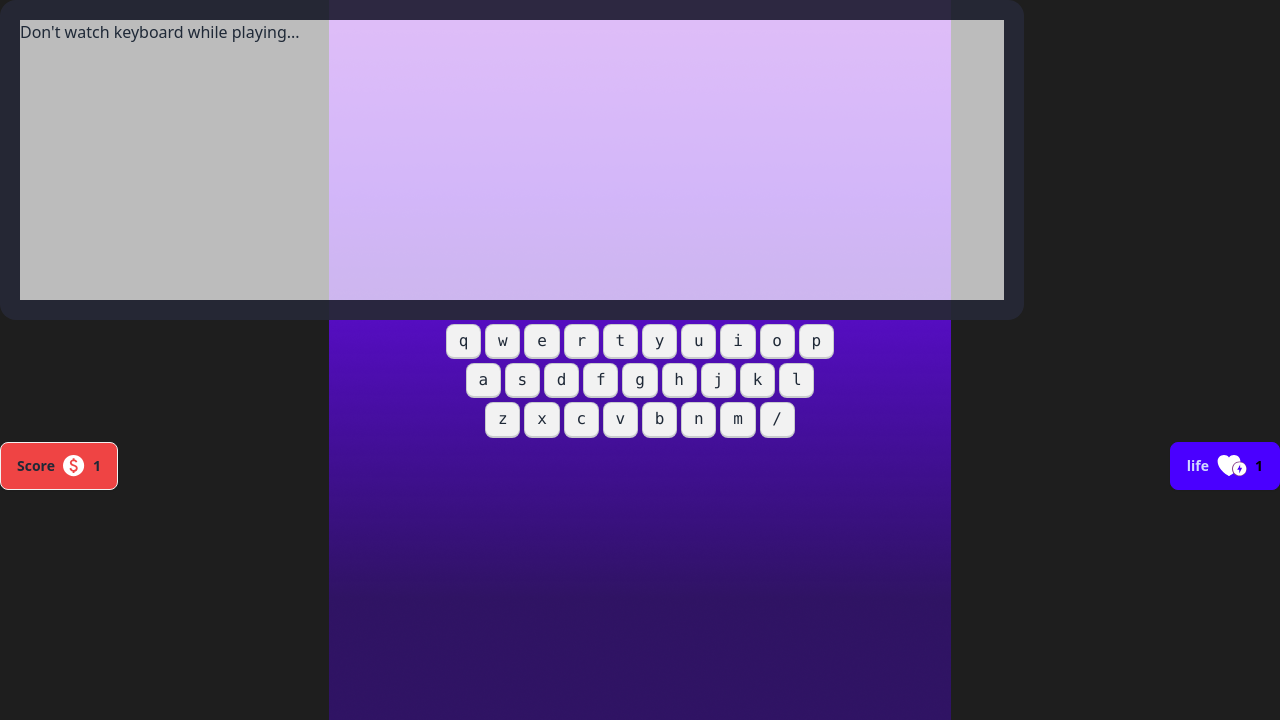
Repository: RudrasahaDibos/Alphabet-clash-
Page: index.html
An editor plug-in stored every save of this project. The page is shown before and after a run of saves, followed by the edit.
The browser window is 1280 px wide. The pictures show the whole page.
Some web fonts or font styles are not loaded; a fallback is used. Some web libraries are served in a nearby version.

Above is the page before, as saved 2024-11-04 12:23:30.

### index.html
<!DOCTYPE html>
<html lang="en">
    <head>
        <meta charset="UTF-8">
        <meta name="viewport" content="width=device-width, initial-scale=1.0">
        <title>Alphabet Clash</title>
        <!-- daisy apa -->
        <link
            href="https://cdn.jsdelivr.net/npm/daisyui@4.12.14/dist/full.min.css"
            rel="stylesheet" type="text/css" />
        <script src="https://cdn.tailwindcss.com"></script>

        <!-- custom css  -->
        <link rel="stylesheet" href="style.css">

    </head>
    <body>
        <main
            class="bg-[#1E1E1E] min-h-screen bg-[url(images/background.png)] bg-no-repeat bg-center ">
            <!-- home screen  start here -->
            <section class="min-h-screen flex justify-center items-center hidden">
                <div class="flex flex-col justify-center items-center gap-10 ">
                    <h1
                        class="text-white text-8xl font-extrabold anton-sc-regular uppercase ">ALPHABET
                        CLASH</h1>
                    <p class="text-white ">Unleash Your Keyboard Kung Fu : Press
                        “Enter” to Play</p>
                    <button class="btn bg-white text-black">Play Now </button>
                </div>
            </section>
            <!-- home screen end here -->
            <!-- midlle screen start here -->
            <section>
                    <!-- display screen start here -->
                    <div class="artboard artboard-horizontal phone-6 border-[20px] border-[#010313CC] bg-[#FFFFFFB3] rounded-2xl">
                          <div>
                            <p class="">Don't watch keyboard  while playing...</p>
                          </div>
                    </div>
                     <!-- dispaly screen end here -->

                     <!-- keyboard start here  -->
                               <div>
                                <div class="my-1 flex w-full justify-center gap-1">
                                    <kbd class="kbd">q</kbd>
                                    <kbd class="kbd">w</kbd>
                                    <kbd class="kbd">e</kbd>
                                    <kbd class="kbd">r</kbd>
                                    <kbd class="kbd">t</kbd>
                                    <kbd class="kbd">y</kbd>
                                    <kbd class="kbd">u</kbd>
                                    <kbd class="kbd">i</kbd>
                                    <kbd class="kbd">o</kbd>
                                    <kbd class="kbd">p</kbd>
                                  </div>
                                  <div class="my-1 flex w-full justify-center gap-1">
                                    <kbd class="kbd">a</kbd>
                                    <kbd class="kbd">s</kbd>
                                    <kbd class="kbd">d</kbd>
                                    <kbd class="kbd">f</kbd>
                                    <kbd class="kbd">g</kbd>
                                    <kbd class="kbd">h</kbd>
                                    <kbd class="kbd">j</kbd>
                                    <kbd class="kbd">k</kbd>
                                    <kbd class="kbd">l</kbd>
                                  </div>
                                  <div class="my-1 flex w-full justify-center gap-1">
                                    <kbd class="kbd">z</kbd>
                                    <kbd class="kbd">x</kbd>
                                    <kbd class="kbd">c</kbd>
                                    <kbd class="kbd">v</kbd>
                                    <kbd class="kbd">b</kbd>
                                    <kbd class="kbd">n</kbd>
                                    <kbd class="kbd">m</kbd>
                                    <kbd class="kbd">/</kbd>
                                  </div>
                               </div>
                      <!-- keyboard end here -->

                      <!-- life and scrore button here -->
                               <div class="flex justify-between ">
                                <button class="btn bg-red-500">
                                    Score
                                      <img src="images/love.svg" alt="">
                                      <span>1</span>
                                  </button>

                                  <button class="btn btn-primary">
                                     life
                                    <img src="images/dolar.svg" alt="">
                                    <span class="text-black">1</span>
                                  </button>
                               </div>
                      <!-- life and scrore button end here -->
            </section>
            <!-- midlle screen end here -->
             <!-- last screen start here -->
            <section>

            </section>
            <!-- last screen end here -->
        </main>
    </body>
</html>

### style.css


@import url('https://fonts.googleapis.com/css2?family=Anton+SC&family=Manrope:wght@200..800&display=swap');


.font-manrope {
    font-family: "Manrope", serif;
  }

  .anton-sc-regular {
    font-family: "Anton SC", sans-serif;
  }

After the next 4 saves:
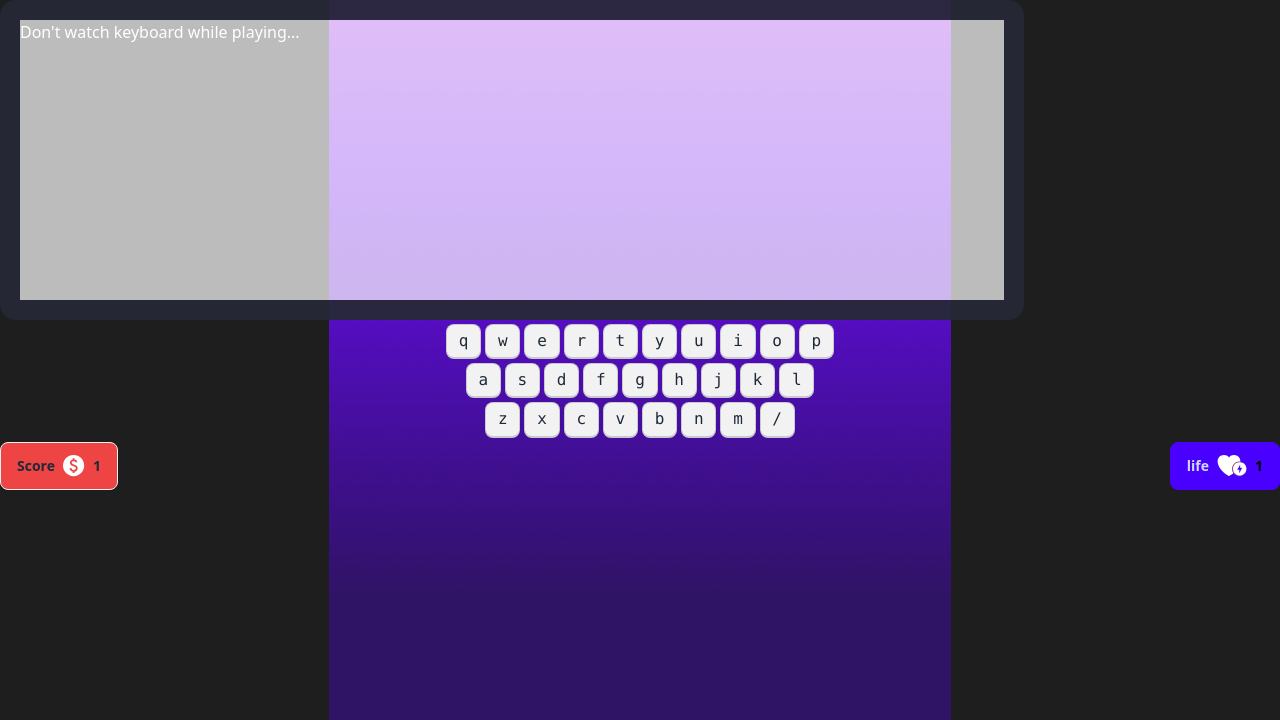
The 4 saves are shown as one change because they came seconds apart.
The last was saved 16 s later.
--- a/index.html
+++ b/index.html
@@ -34,7 +34,7 @@
                     <!-- display screen start here -->
                     <div class="artboard artboard-horizontal phone-6 border-[20px] border-[#010313CC] bg-[#FFFFFFB3] rounded-2xl">
                           <div>
-                            <p class="">Don't watch keyboard  while playing...</p>
+                            <p class="text-white bg-[]">Don't watch keyboard  while playing...</p>
                           </div>
                     </div>
                      <!-- dispaly screen end here -->
